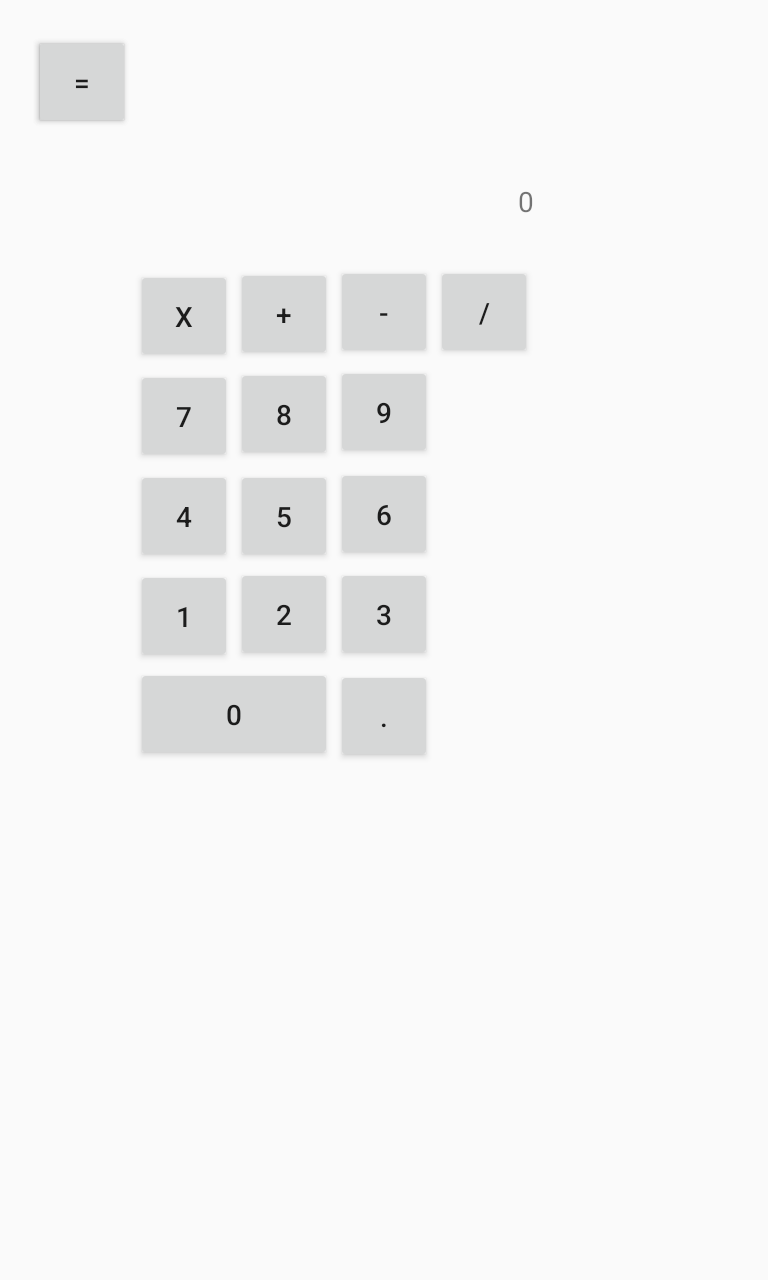
Repository: expensivecow/Calculator
Layout: Calculator_Implementation/res/layout/activity_main.xml
These files come from the project's save history. The layout is drawn as it stood at one moment and after the next save; the edit follows.
It is drawn on a 768 x 1280 px phone screen (xhdpi) without system bars, with theme AppTheme; the app's code is not run.

Above is the layout before, as saved 2014-09-21 01:40:27.

After the next save:
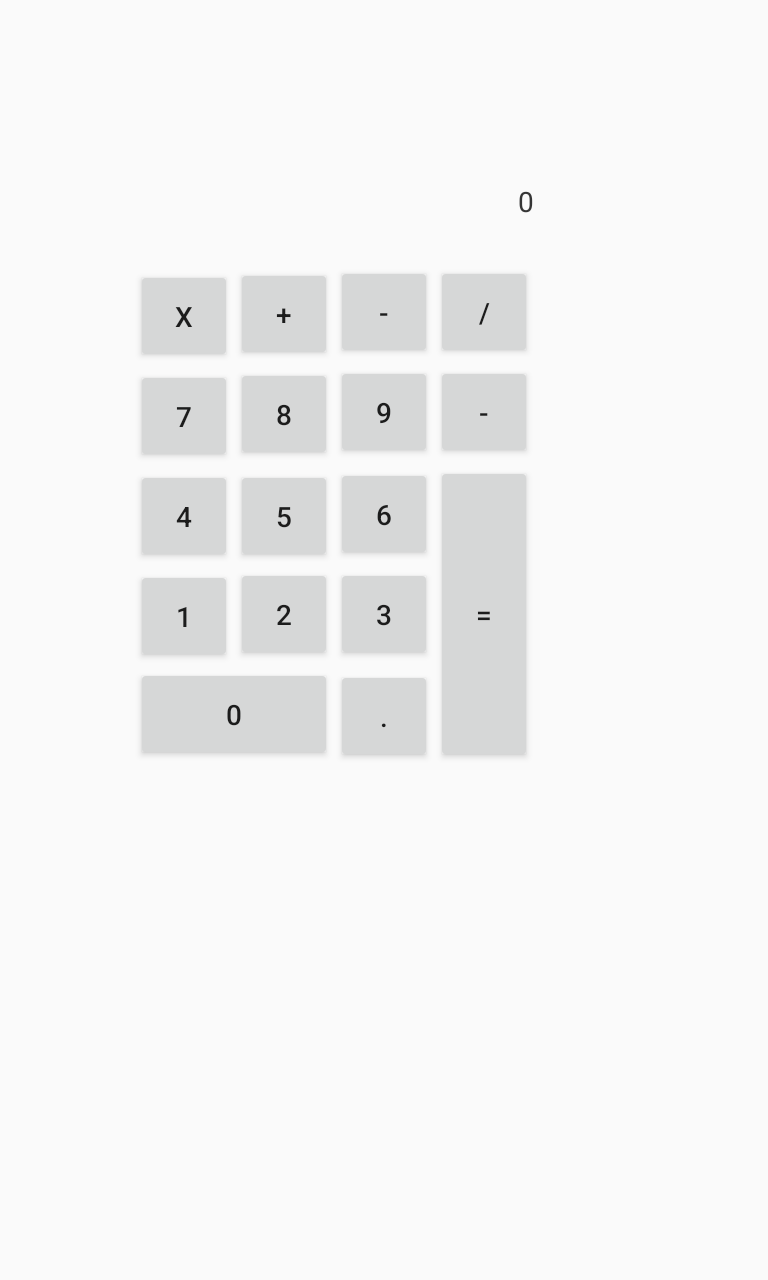
Saved 85 s later.
--- a/Calculator_Implementation/res/layout/activity_main.xml
+++ b/Calculator_Implementation/res/layout/activity_main.xml
@@ -10,6 +10,15 @@
 
     <TextView
         android:id="@+id/DisplayResult"
+        android:layout_alignParentTop="true"
+        android:layout_alignRight="@+id/bDiv"
+        android:layout_marginTop="75dp"
+        android:layout_width="wrap_content"
+        android:layout_height="wrap_content"
+        android:text="@string/initialvalue" />
+
+    <TextView
+        android:id="@+id/DisplayArray"
         android:layout_alignParentTop="true"
         android:layout_alignRight="@+id/bDiv"
         android:layout_marginTop="75dp"
@@ -147,17 +156,20 @@
         android:text="@string/decimal" />
 
     <Button
+        android:id="@+id/bEqual"
+        android:layout_width="50dp"
+        android:layout_height="50dp"
+        android:layout_alignBottom="@+id/bDecimal"
+        android:layout_alignLeft="@+id/bDiv"
+        android:layout_below="@+id/bNine"
+        android:text="@string/equal" />
+
+    <Button
         android:id="@+id/bNegative"
         android:layout_width="50dp"
         android:layout_height="50dp"
-        android:text="@string/negative"
-        />
-
-    <Button
-        android:id="@+id/bEqual"
-        android:layout_width="50dp"
-        android:layout_height="50dp"
-        android:text="@string/equal"
-        />
+        android:layout_below="@+id/bDiv"
+        android:layout_toRightOf="@+id/bSub"
+        android:text="@string/negative" />
 
 </RelativeLayout>
